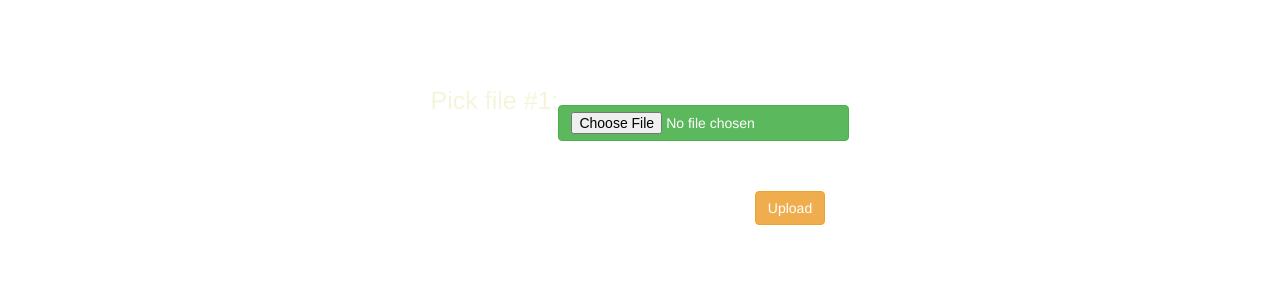
Repository: 123poornima/UpdatedSecondProject
Page: frontendPro/WebContent/_user/uploadPicture.html
These files come from the project's save history. The page is drawn as it stood at one moment and after the next save; the edit follows.
The browser window is 1280 px wide. The pictures show the whole page.

Above is the page before, as saved 2017-01-17 05:11:19.

### frontendPro/WebContent/_user/uploadPicture.html
<!DOCTYPE html>
<html>
<head>
<meta charset="ISO-8859-1">
<title>Insert title here</title>
<link rel="stylesheet" href="http://maxcdn.bootstrapcdn.com/bootstrap/3.3.7/css/bootstrap.min.css">

<!-- jQuery library -->
<script src="https://ajax.googleapis.com/ajax/libs/jquery/1.12.4/jquery.min.js"></script>

<!-- Latest compiled JavaScript -->
<script src="http://maxcdn.bootstrapcdn.com/bootstrap/3.3.7/js/bootstrap.min.js"></script>
</head>
<body>
<div align="center">
        <form method="post" action="http://localhost:8085/backendPro/doUpload" enctype="multipart/form-data">
            <table border="0">
                <tr style="color:#F5F5DC">
                    <td style="color:#F5F5DC;font-size:25px;margin-top:100px">Pick file #1:</td>
                    <td><input style="margin-top:45px" class="btn btn-success" type="file" name="fileUpload" /></td>
                    <br>
                </tr>
             <br>

                <tr>
                 <br>
                    <td colspan="2" align="center"><input style="margin-top:50px;margin-left:300px" class="btn btn-warning" type="submit" value="Upload" /></td>
                </tr>


            </table>
        </form>
    </div>
</body>
</html>

After the next save:
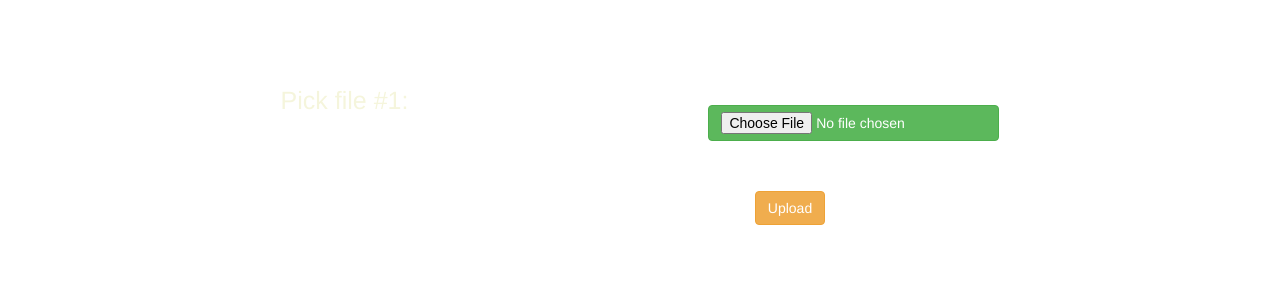
Saved 19 s later.
--- a/frontendPro/WebContent/_user/uploadPicture.html
+++ b/frontendPro/WebContent/_user/uploadPicture.html
@@ -17,7 +17,7 @@
             <table border="0">
                 <tr style="color:#F5F5DC">
                     <td style="color:#F5F5DC;font-size:25px;margin-top:100px">Pick file #1:</td>
-                    <td><input style="margin-top:45px" class="btn btn-success" type="file" name="fileUpload" /></td>
+                    <td><input style="margin-top:45px;margin-left:300px" class="btn btn-success" type="file" name="fileUpload" /></td>
                     <br>
                 </tr>
              <br>
